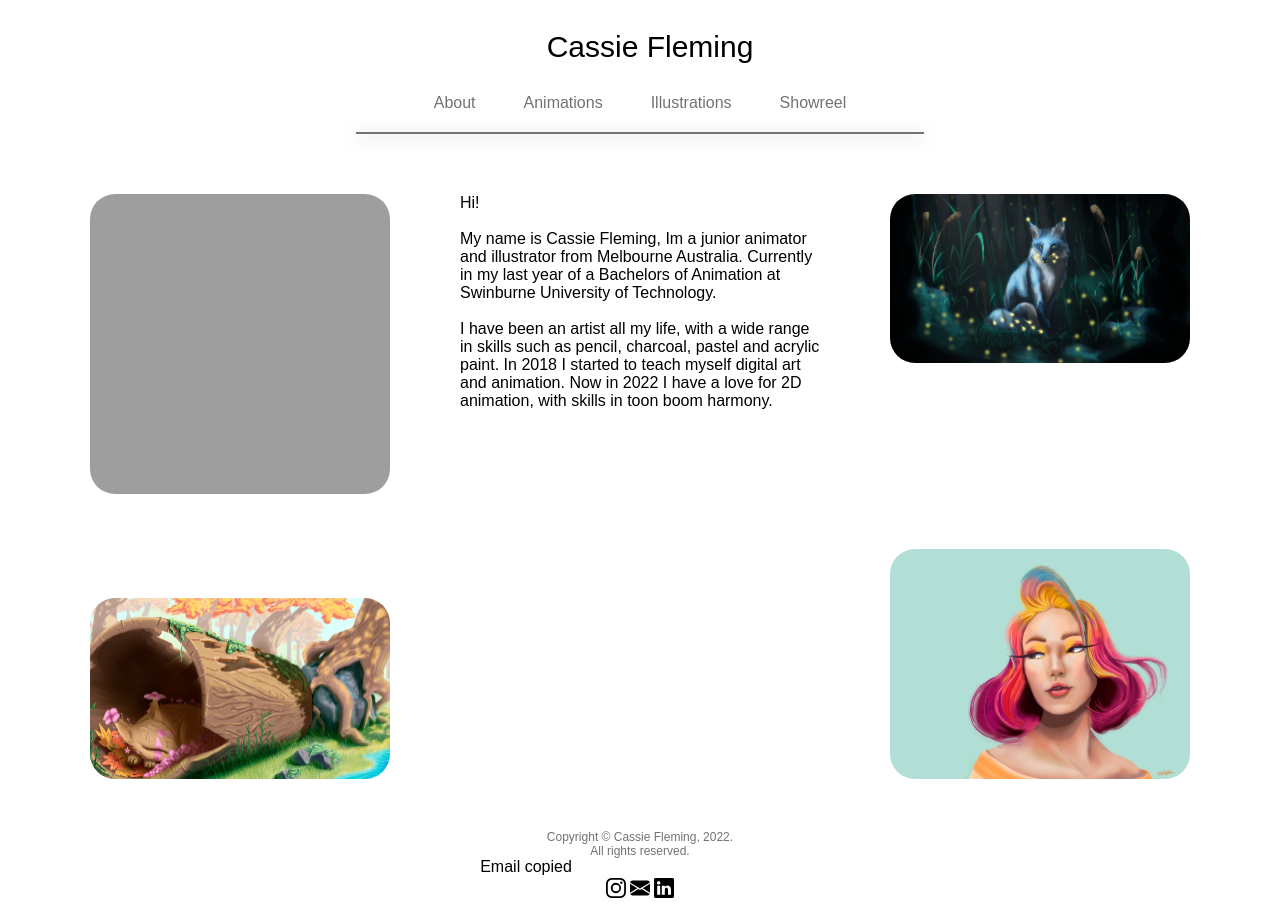
Repository: David-Waite/Cassie-Fleming-portfolio
Page: /
The author's editor kept a copy of each file at every save. The page is drawn from the files as they stood at one save, then again after the next save.
The browser window is 1280 px wide. The pictures show the whole page.
Pictures or frames that could not be fetched are drawn as grey boxes. Some web fonts or font styles are not loaded; a fallback is used. The project was rebuilt for these pictures with package versions that can differ from the ones it lists, and the page was loaded fresh each time. The framework's server and built-in components were replaced by stand-ins that run in the browser. Also part of the build but not shown: next.config.js.

Above is the page before, as saved 2022-09-11 17:46:03.

After the next save:
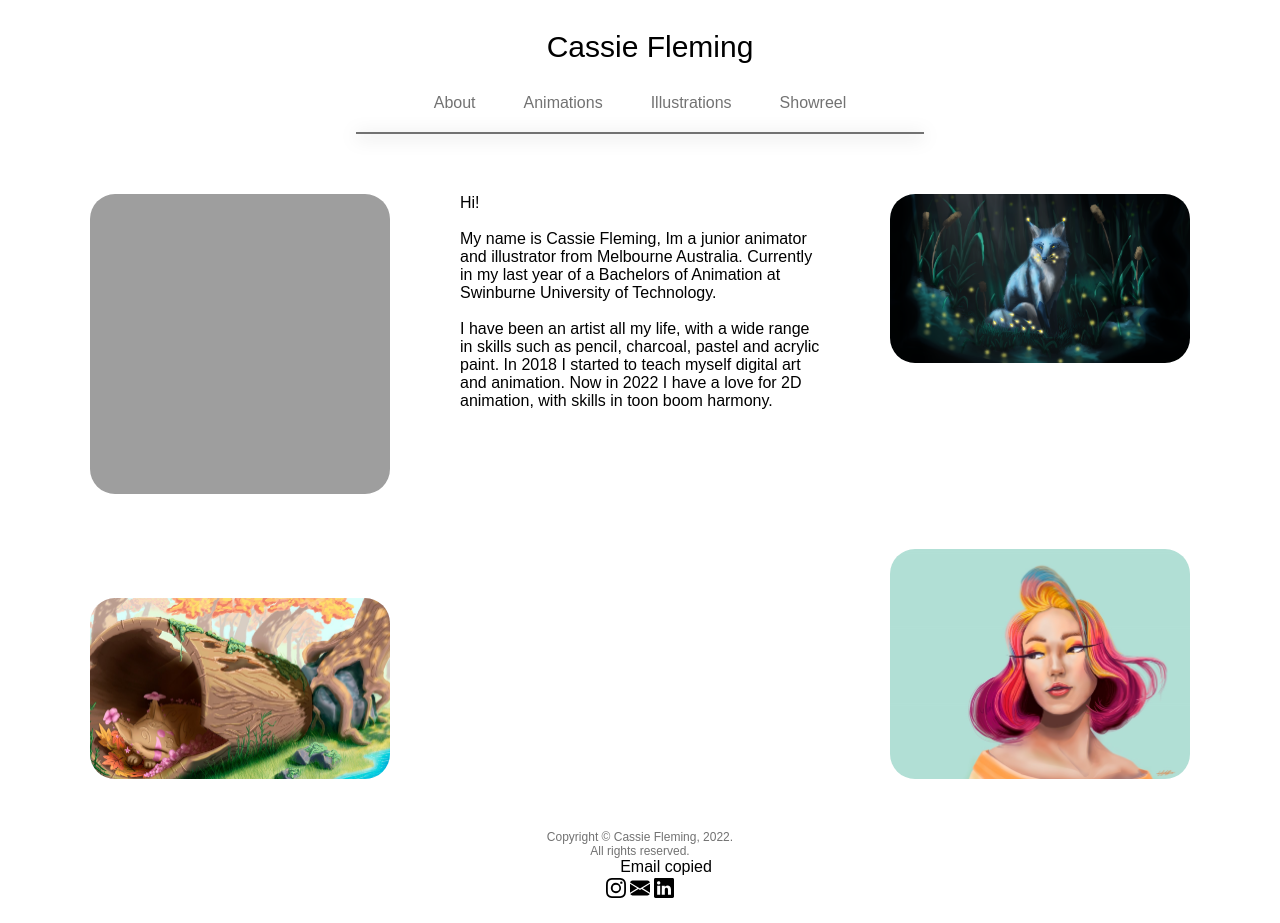
Saved 4 s later.
--- a/styles/globals.css
+++ b/styles/globals.css
@@ -106,7 +106,7 @@ footer {
   font-size: 16px;
   width: 100px;
   top: -20px;
-  right: 70px;
+  right: -70px;
 }
 
 @media (max-width: 810px) {
